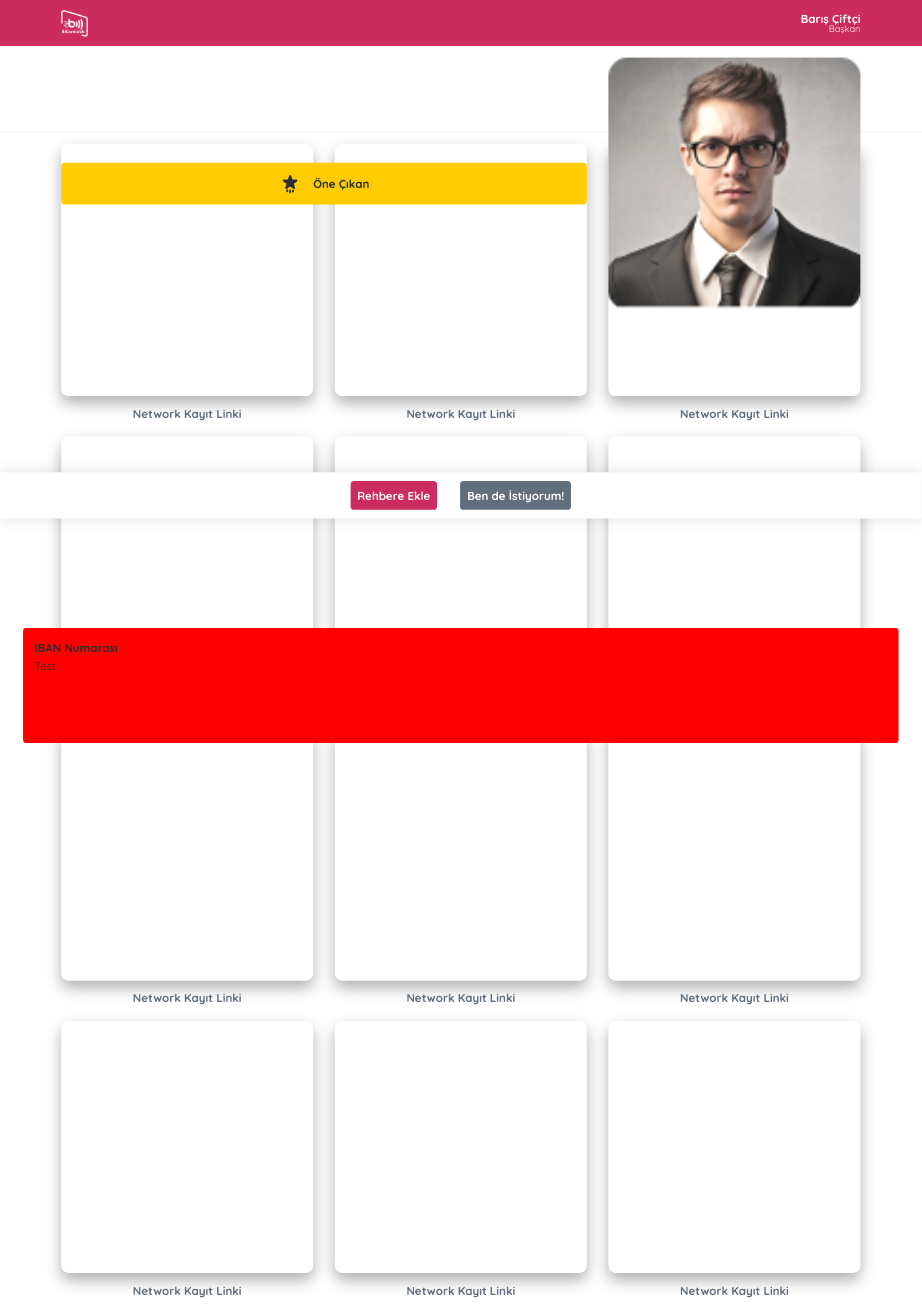
Repository: KayahanKahriman/bicard
Page: index.html
These files come from the project's save history. The page is drawn as it stood at one moment and after the next save; the edit follows.
The browser window is 1280 px wide. The pictures show the whole page, at 72% of full size.
The style sheet was rebuilt from its Sass, Less or Tailwind sources for each picture, by a compiler version that may differ from the author's.

Above is the page before, as saved 2021-12-01 16:37:18.

After the next save:
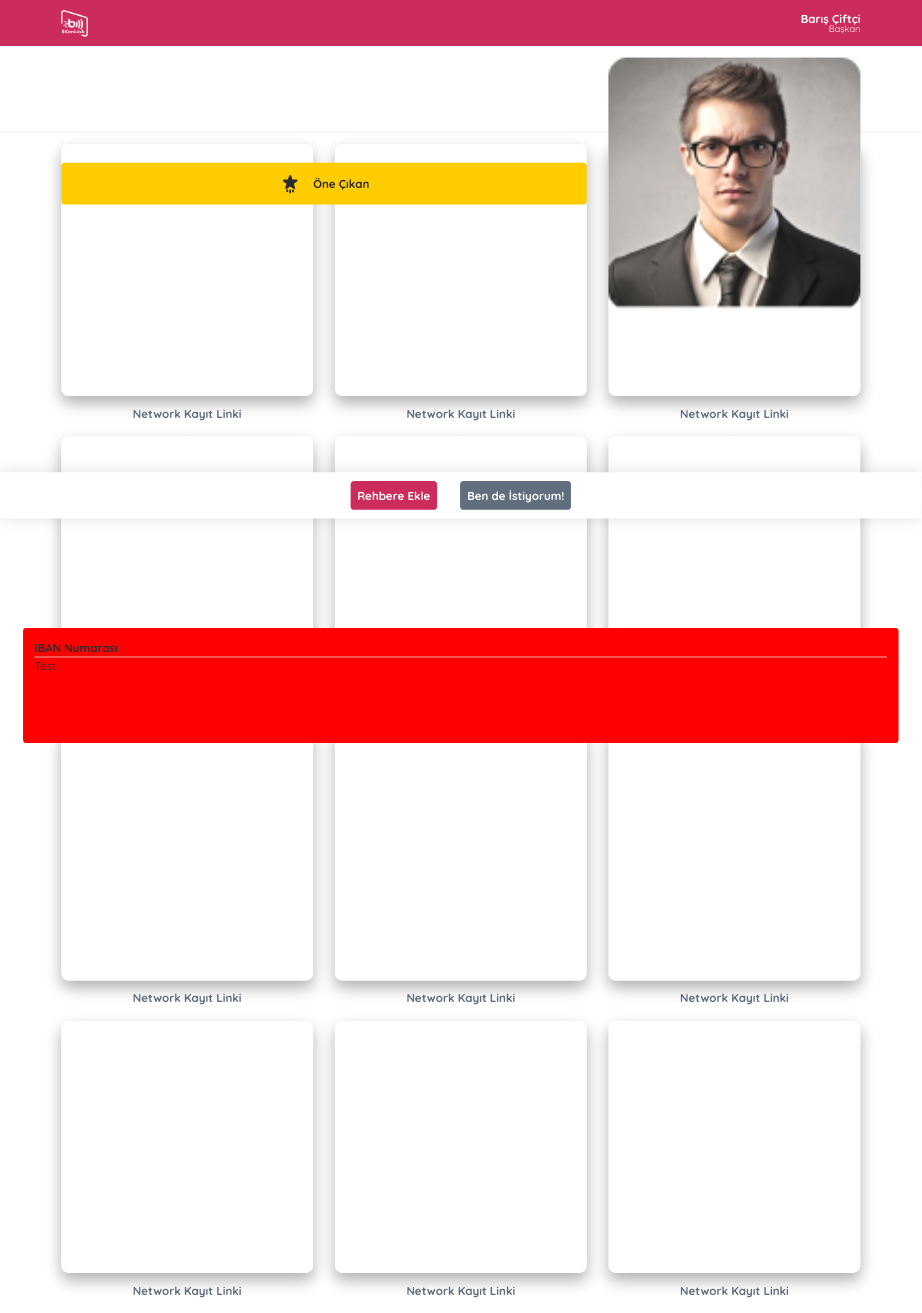
Saved 33 s later.
--- a/assets/scss/style.scss
+++ b/assets/scss/style.scss
@@ -73,6 +73,10 @@
   height: 10em;
   z-index: 5;
   transition: all 0.3s ease-in-out;
+
+  #modal-title {
+    border-bottom: 1px solid var(--border-color);
+  }
 }
 
 /*------------------------------------*\
